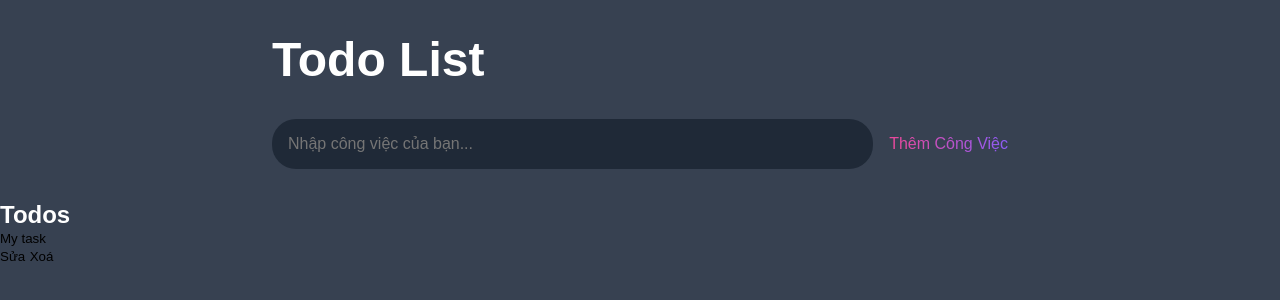
Repository: ntheanh/Todo-List
Page: index.html
An editor plug-in stored every save of this project. The page is shown before and after the next save, followed by the edit.
The browser window is 1280 px wide. The pictures show the whole page.
The style sheet was rebuilt from its Sass, Less or Tailwind sources for each picture, by a compiler version that may differ from the author's.

Above is the page before, as saved 2023-03-15 22:45:28.

After the next save:
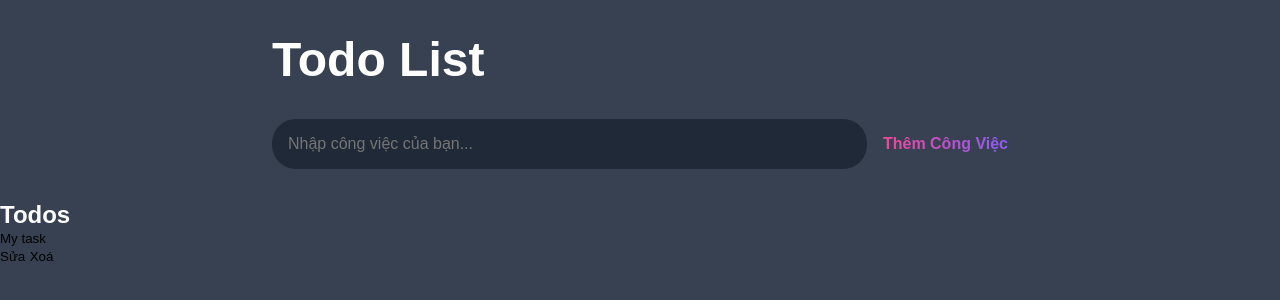
Saved 14 s later.
--- a/style.scss
+++ b/style.scss
@@ -58,6 +58,7 @@ button {
 #new-todo-submit {
   color: var(--pink);
   font-size: 1rem;
+  font-weight: 700;
   background: linear-gradient(to right, var(--pink), var(--purple));
   -webkit-background-clip: text;
   -webkit-text-fill-color: transparent;
